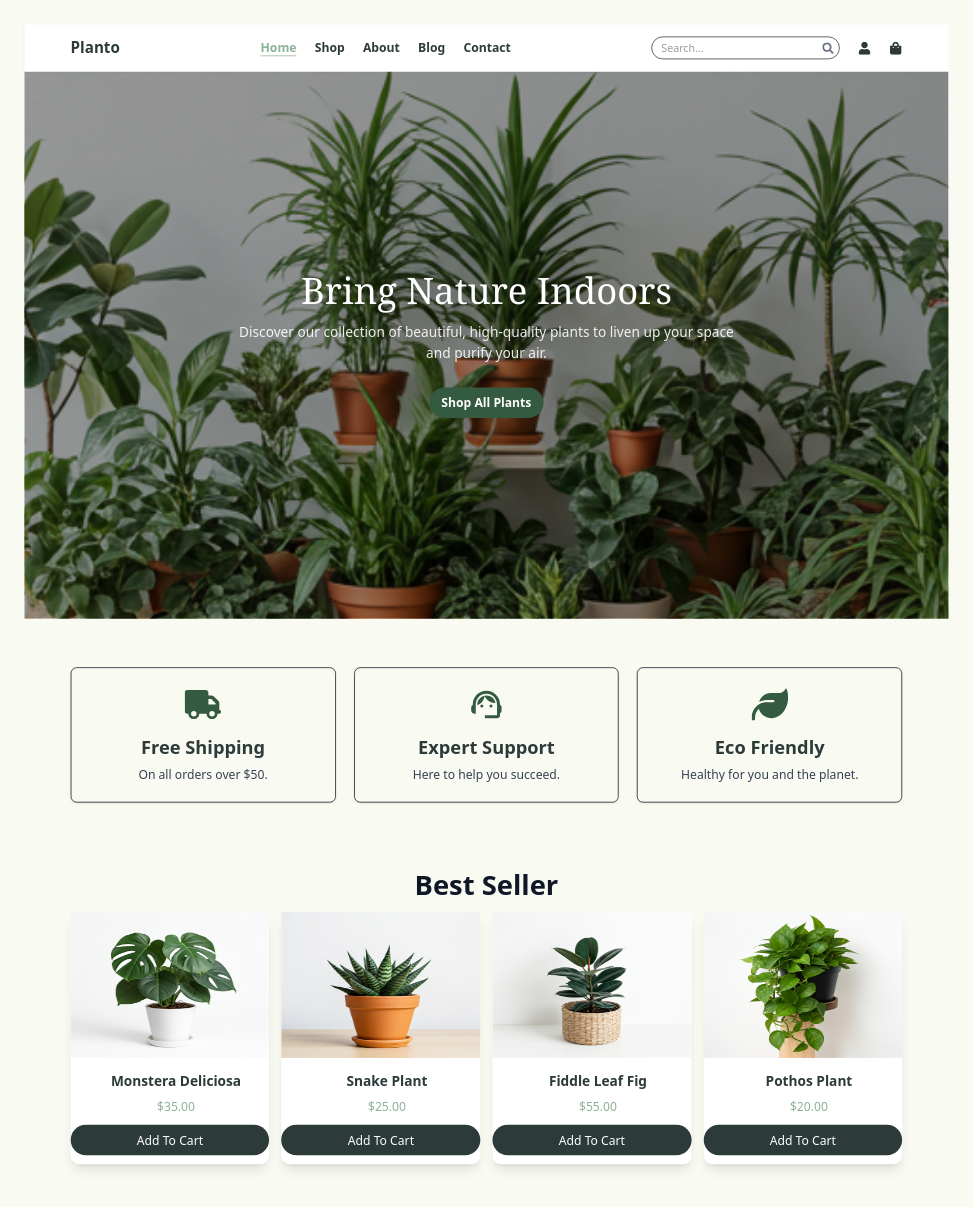
Repository: mazenessam99/Planto
Page: /
The author's editor kept a copy of each file at every save. The page is drawn from the files as they stood at one save, then again after a run of saves.
The browser window is 1280 px wide. The pictures show the whole page, at 76% of full size.
The project was rebuilt for these pictures with package versions that can differ from the ones it lists, and the page was loaded fresh each time. Also part of the build but not shown: vite.config.js.

Above is the page before, as saved 2025-11-22 23:13:32.

### index.html
<!doctype html>
<html lang="en">
  <head>
    <meta charset="UTF-8" />
    <link rel="icon" type="image/svg+xml" href="/vite.svg" />
    <meta name="viewport" content="width=device-width, initial-scale=1.0" />
    <title>plants_website</title>
  </head>
  <body>
    <div id="root"></div>
    <script type="module" src="/src/main.jsx"></script>
  </body>
</html>

### src/index.css
@import "tailwindcss";
@import "tailwindcss/theme" layer(theme);
@theme {
  --color-primary: #2D3A3A;
  --color-forest:#386641;
  --color-green:#345A41;
  --color-secondary: #8DB098;
  --color-Terracotta: #C27357;
  --color-sky:#B0D0D3;
  --font-cairo: "Cairo", sans-serif;
  --spacing-128: 32rem;
}

/* ----- BASE ----- */
@layer base {
  body {
    @apply  bg-[#F9FAF1] text-gray-900;
  }
}

/* ----- COMPONENTS ----- */
@layer components {
  .btn {
    @apply bg-primary text-white px-4 py-2 rounded-full cursor-pointer ;
  }
  .btn-green{
    @apply bg-green ;
  }

  .card {
    @apply bg-white p-6 rounded-xl shadow;
  }

}
/* Scrollbar width */
::-webkit-scrollbar {
  width: 8px;
}

/* Scrollbar track  */
::-webkit-scrollbar-track {
  background: #2D3A3A;
  border-radius: 8px;
}

/* Scrollbar thumb  */
::-webkit-scrollbar-thumb {
  background-color: #8DB098;
  border-radius: 8px;
}

::-webkit-scrollbar-thumb:hover {
  background-color: #789983;
}

.container{
  width:90%;
  margin:0 auto;
}

### src/App.jsx

import './App.css'
import Button from './components/ui/Button'
import Home from './pages/Home'

function App() {


  return (
    <>
      <Home/>


    </>
  )
}

export default App

### src/components/ui/Button.jsx
const Button = ({ children, className = "",variant="", ...props }) => {
    return (
        <button className={`btn btn-${variant} ${className}`} {...props}>
            {children}
        </button>
    )
}

export default Button

### src/pages/Home.jsx
import BestSeller from '../components/layout/BestSeller'
import DeliveryCard from '../components/layout/DeliveryCard'
import Hero from '../components/layout/Hero'
import Navbar from '../components/layout/Navbar'

const Home = () => {
  return (
    <div>
        <Navbar/>
        <Hero/>
        <DeliveryCard/>
        <BestSeller/>
    </div>
  )
}

export default Home

### src/components/layout/BestSeller.jsx
import React from 'react'
import { BESTSELLER_CARDS } from '../../utils/constants';
import ProductCard from '../ui/ProductCard';

const BestSeller = () => {
  return (
    <section className='container py-6'>
        <h2 className="text-4xl text-center font-bold mb-4">Best Seller</h2>
        <div className='grid grid-cols-1 sm:grid-cols-2 lg:grid-cols-4 gap-4'>
            {BESTSELLER_CARDS.map((card,index)=>(
                <ProductCard src={card.src} title={card.title} price={card.price}/>
        ))}
        </div>

    </section>
  )
}

export default BestSeller;

### src/components/layout/DeliveryCard.jsx
import { motion } from "framer-motion";
import { DELIVERY_CARDS } from "../../utils/constants";
import { FaTruck, FaLeaf } from "react-icons/fa6";
import { MdSupportAgent } from "react-icons/md";

const icons = {
  truck: <FaTruck />,
  support: <MdSupportAgent />,
  leaf: <FaLeaf />,
};

const DeliveryCards = () => {
  return (
    <section className="container py-16">
      <div className="grid grid-cols-1 sm:grid-cols-2 lg:grid-cols-3 gap-6">
        {DELIVERY_CARDS.map((card, index) => (
          <div key={card.id} className="flex flex-col items-center justify-center text-center p-6 border rounded-lg shadow hover:shadow-lg  transition">
            <div className="text-5xl text-green">
              {icons[card.icon]}
            </div>
            <h3 className="mt-4 mb-2 font-bold text-xl md:text-2xl text-primary">{card.title}</h3>
            <p className="text-gray-700 ">{card.desc}</p>
          </div>
        ))}

      </div>
    </section>
  );
};

export default DeliveryCards;

### src/components/layout/Hero.jsx
import { motion } from "framer-motion";
import HeroImg from "../../assets/images/Hero.png";
import Button from "../ui/Button";

const Hero = () => {
  return (
    <section
      className="relative h-screen overflow-hidden"
    >

      <motion.div
        className="absolute inset-0 bg-cover bg-center"
        style={{ backgroundImage: `url(${HeroImg})` }}
        animate={{ scale: [1, 1.05, 1] }}
        transition={{ duration: 10, repeat: Infinity, ease: "easeInOut" }}
      />

      {/* Overlay */}
      <div className="absolute inset-0 bg-black/40"></div>

      <div className="relative z-10 flex flex-col items-center justify-center h-full px-4 md:px-0 space-y-4 text-center">
        <motion.h1
          initial={{ y: -20, opacity: 0 }}
          animate={{ y: 0, opacity: 1 }}
          transition={{ duration: 0.8 }}
          className="text-white text-2xl md:text-4xl lg:text-5xl font-serif"
        >
          Bring Nature Indoors
        </motion.h1>

        <motion.h2
          initial={{ y: 20, opacity: 0 }}
          animate={{ y: 0, opacity: 1 }}
          transition={{ duration: 0.8, delay: 0.3 }}
          className="text-white/90 text-sm md:text-base lg:text-lg max-w-2xl font-normal"
        >
          Discover our collection of beautiful, high-quality plants to liven up your space and purify your air.
        </motion.h2>

        <motion.div
          initial={{ scale: 0.8, opacity: 0 }}
          animate={{ scale: 1, opacity: 1 }}
          transition={{ duration: 0.5, delay: 0.6 }}
        >
          <Button className="btn-green font-bold mt-4">Shop All Plants</Button>
        </motion.div>
      </div>
    </section>
  );
};

export default Hero;

### src/components/layout/Navbar.jsx
import { useState } from "react";
import { NavLink } from "react-router-dom";
import { NAVBAR_LINKS } from "../../utils/constants";
import { FaBars, FaSearch, FaUser, FaShoppingBag } from "react-icons/fa";
import { IoClose } from "react-icons/io5";
import { motion, AnimatePresence } from "framer-motion";

const Navbar = () => {
    const [menuOpen, setMenuOpen] = useState(false);

    return (
        <nav className="bg-white shadow sticky top-0 z-50 ">
            <div className="container flex justify-between items-center py-4">
                {/* Logo */}
                <a href="/" className="text-primary text-xl font-bold">Planto</a>

                {/* Desktop Links */}
                <ul className="hidden md:flex gap-6 items-center">
                    {NAVBAR_LINKS.map((link) => (
                        <li key={link.id}>
                            <NavLink
                                to={link.path}
                                className={({ isActive }) =>
                                    `text-primary font-semibold transition hover:text-secondary
                                ${isActive ? "text-secondary underline underline-offset-4" : ""}`
                                }
                            >
                                {link.label}
                            </NavLink>
                        </li>
                    ))}
                </ul>

                {/* Desktop Icons + Search */}
                <div className="hidden md:flex gap-6 items-center text-primary">
                    {/* Search input */}
                    <div className="relative">
                        <input
                            type="text"
                            placeholder="Search..."
                            className="border rounded-full pl-3 pr-8 py-1 text-sm focus:outline-none focus:ring-2 focus:ring-secondary"
                        />
                        <FaSearch size={15} className="absolute right-2 top-2 text-gray-500" />
                    </div>

                    <FaUser size={17} className="cursor-pointer hover:text-secondary" />
                    <FaShoppingBag size={17} className="cursor-pointer hover:text-secondary" />
                </div>

                {/* Mobile menu button */}
                <button
                    className="md:hidden text-primary"
                    onClick={() => setMenuOpen(true)}
                    aria-label="Open menu"
                    aria-expanded={menuOpen}
                >
                    <FaBars size={22} />
                </button>
            </div>

            {/* Mobile overlay + drawer (AnimatePresence for exit animation) */}
            <AnimatePresence>
                {menuOpen && (
                    <motion.div
                        className="md:hidden fixed inset-0 z-40"
                        initial={{ opacity: 0 }}
                        animate={{ opacity: 1 }}
                        exit={{ opacity: 0 }}
                        onClick={() => setMenuOpen(false)}
                    >
                        {/* Drawer */}
                        <motion.div
                            className="bg-white w-72 h-full shadow-lg p-6"
                            initial={{ x: "-100%" }}
                            animate={{ x: 0 }}
                            exit={{ x: "-100%" }}
                            transition={{ type: "linear", duration: 0.4 }}
                            onClick={(e) => e.stopPropagation()}
                        >
                            {/* Close */}
                            <div className="flex justify-between items-center mb-6">
                                <a href="/" className="text-lg font-bold text-primary">Planto</a>
                                <button onClick={() => setMenuOpen(false)} aria-label="Close menu">
                                    <IoClose size={26} className="text-primary" />
                                </button>
                            </div>

                            {/* Mobile Search */}
                            <div className="mb-4">
                                <div className="relative">
                                    <input
                                        type="text"
                                        placeholder="Search..."
                                        className="w-full border rounded-full pl-3 pr-8 py-2 text-sm focus:outline-none focus:ring-2 focus:ring-secondary"
                                    />
                                    <FaSearch size={15} className="absolute right-3 top-3 text-gray-500" />
                                </div>
                            </div>

                            {/* Links */}
                            <ul className="flex flex-col gap-4 text-primary font-semibold">
                                {NAVBAR_LINKS.map((link) => (
                                    <li key={link.id}>
                                        <NavLink
                                            to={link.path}
                                            onClick={() => setMenuOpen(false)}
                                            className={({ isActive }) =>
                                                `block py-2 ${isActive ? "text-secondary" : ""}`
                                            }
                                        >
                                            {link.label}
                                        </NavLink>
                                    </li>
                                ))}
                            </ul>

                            {/* Icons */}
                            <div className="flex gap-4 mt-6 text-primary">
                                <FaUser size={18} />
                                <FaShoppingBag size={18} />
                            </div>
                        </motion.div>
                    </motion.div>
                )}
            </AnimatePresence>
        </nav>
    );
};

export default Navbar;

### src/utils/constants.js
import img1 from "../../src/assets/images/Featured_1.png";
import img2 from "../../src/assets/images/Featured_2.png";
import img3 from "../../src/assets/images/Featured_3.png";
import img4 from "../../src/assets/images/Featured_4.png";
// Navbar_Links
export const NAVBAR_LINKS = [
    { id: 1, label: 'Home', path: '/' },
    { id: 2, label: 'Shop', path: '/shop' },
    { id: 3, label: 'About', path: '/about' },
    { id: 4, label: 'Blog', path: '/blog' },
    { id: 5, label: 'Contact', path: '/contact' },
];

// Delivery_Cards
export const DELIVERY_CARDS = [
    { id: 1, icon: "truck", title: "Free Shipping", desc: "On all orders over $50." },
    { id: 2, icon: "support", title: "Expert Support", desc: "Here to help you succeed." },
    { id: 3, icon: "leaf", title: "Eco Friendly", desc: "Healthy for you and the planet." },
];

// BESTSELLER_CARDS
export const BESTSELLER_CARDS=[
    {id:1,src:img1,title:'Monstera Deliciosa',price:'$35.00'},
    {id:2,src:img2,title:'Snake Plant',price:'$25.00'},
    {id:3,src:img3,title:'Fiddle Leaf Fig',price:'$55.00'},
    {id:4,src:img4,title:'Pothos Plant',price:'$20.00'}
]

### src/components/ui/ProductCard.jsx
import Button from "./Button";

const ProductCard = ({src,title,price,showButton=true,buttonText='Add To Cart'}) => {
  return (
    <div className="bg-white rounded-xl shadow-lg flex flex-col">
      <div className="w-full h-48 overflow-hidden ">
        <img src={src} className="w-full h-full hover:scale-105 transition"/>
      </div>
      <h3 className="mt-4 ms-4 text-lg font-semibold text-primary">{title}</h3>
      <p className="mt-2 ms-4 text-secondary">{price}</p>
      {showButton&&(
        <Button className="my-3 ">
          {buttonText}
        </Button>
      )}

    </div>
  )
}

export default ProductCard;

Loaded but not shown: src/main.jsx (common file); src/App.css (common file)

After the next 2 saves:
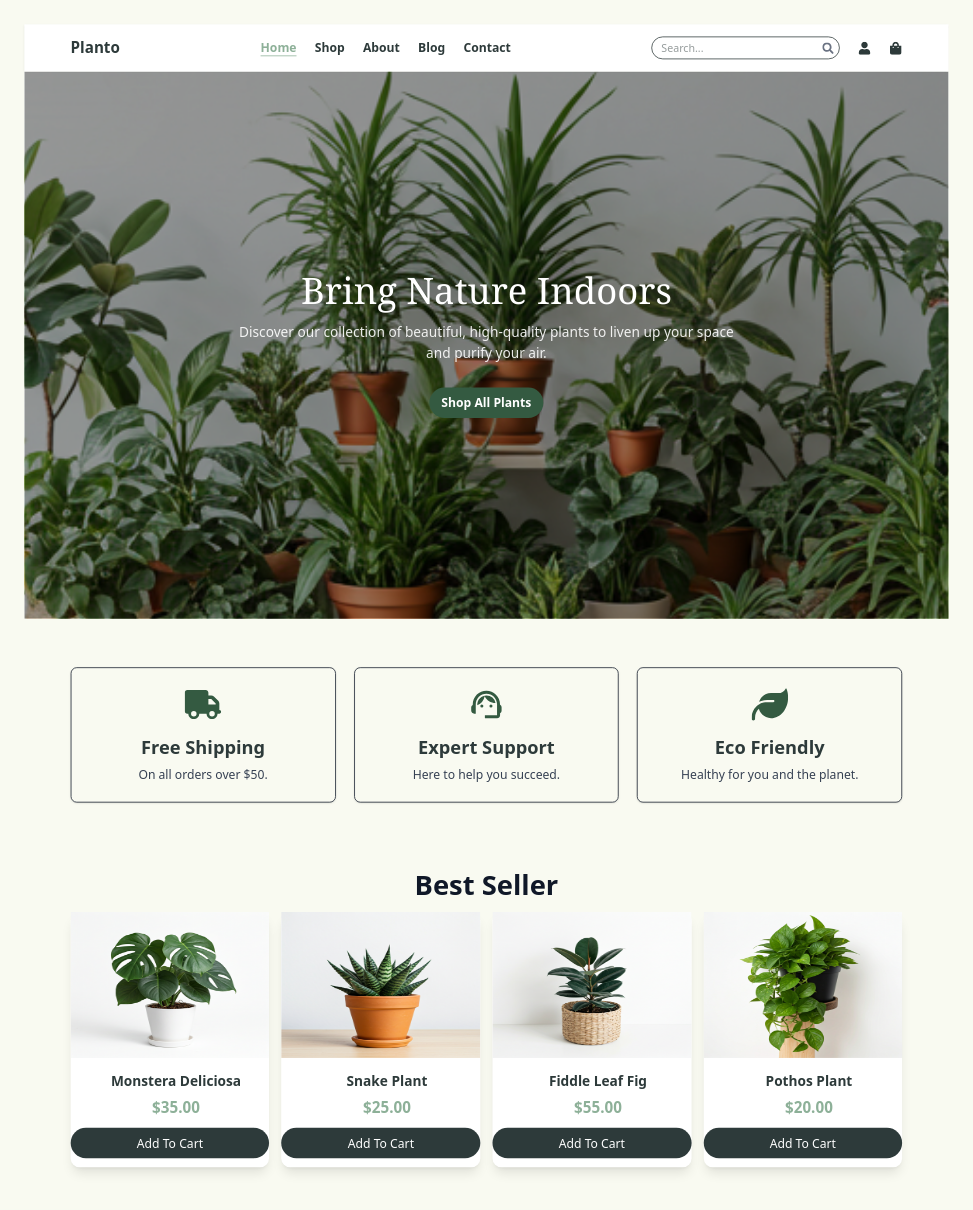
The 2 saves are shown as one change because they came seconds apart.
The last was saved 15 s later.
--- a/src/components/ui/ProductCard.jsx
+++ b/src/components/ui/ProductCard.jsx
@@ -7,7 +7,7 @@ const ProductCard = ({src,title,price,showButton=true,buttonText='Add To Cart'})
         <img src={src} className="w-full h-full hover:scale-105 transition"/>
       </div>
       <h3 className="mt-4 ms-4 text-lg font-semibold text-primary">{title}</h3>
-      <p className="mt-2 ms-4 text-secondary">{price}</p>
+      <p className="mt-2 ms-4 font-bold text-xl text-secondary">{price}</p>
       {showButton&&(
         <Button className="my-3 ">
           {buttonText}
